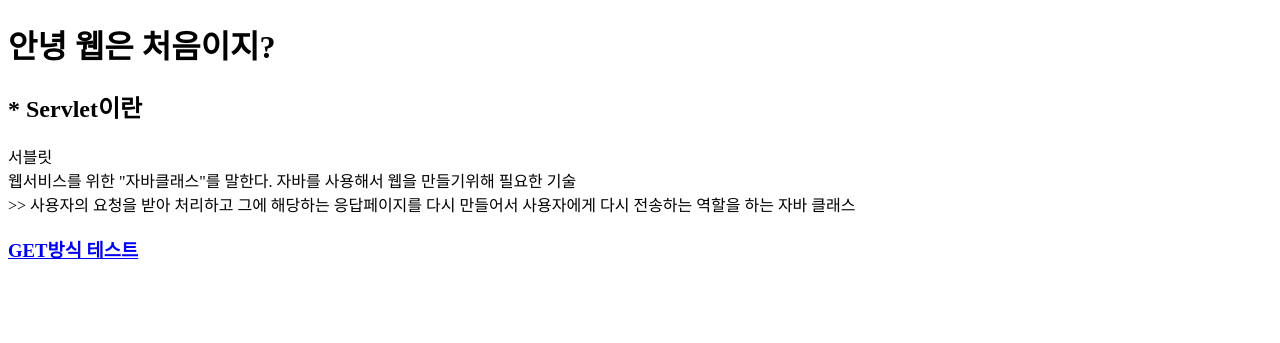
Repository: eru2/Study
Page: 06_servlet/servlet/src/main/webapp/index.html
An editor plug-in stored every save of this project. The page is shown before and after the next save, followed by the edit.
The browser window is 1280 px wide. The pictures show the whole page.

Above is the page before, as saved 2025-02-21 00:39:21.

### 06_servlet/servlet/src/main/webapp/index.html
<!DOCTYPE html>
<html lang="en">
<head>
    <meta charset="UTF-8">
    <meta name="viewport" content="width=device-width, initial-scale=1.0">
    <title>Document</title>
</head>
<body>
    <h1>안녕 웹은 처음이지?</h1>

    <h2>* Servlet이란</h2>

    <p>
        서블릿 <br>
        웹서비스를 위한 "자바클래스"를 말한다. 자바를 사용해서 웹을 만들기위해 필요한 기술 <br>
        >> 사용자의 요청을 받아 처리하고 그에 해당하는 응답페이지를 다시 만들어서 사용자에게 다시 전송하는 역할을 하는 자바 클래스  <br>
    </p>

    <!--
    절대경로/상대경로
    front 페이지에서 절대경로 -> /로 시작하는 경로이며 /는 ip:port경로이다.
    fromt 페이지에서 상대경로 -> /로 시작하지 않는 경로이며 시작위치는 현재 위치의 마지막 /이다.
      -->
    <h3><a href="views/request_get.html">GET방식 테스트</a></h3>
</body>
</html>

After the next save:
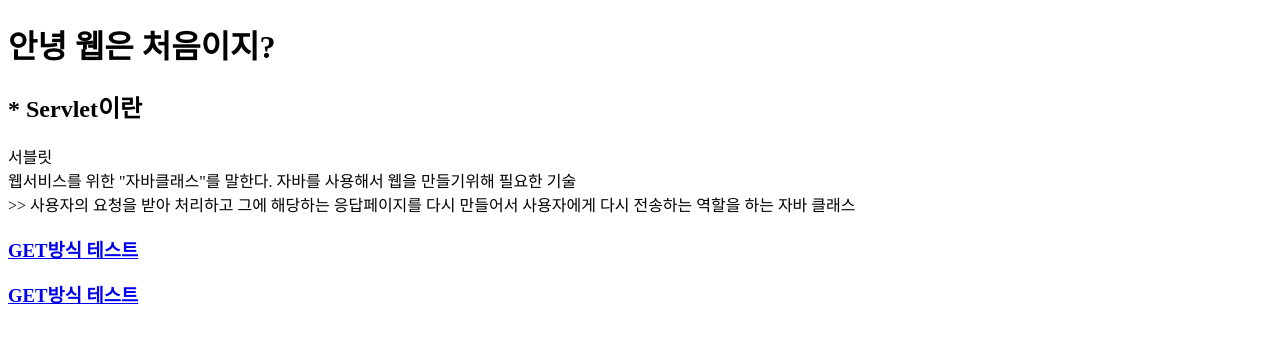
Saved 37 s later.
--- a/06_servlet/servlet/src/main/webapp/index.html
+++ b/06_servlet/servlet/src/main/webapp/index.html
@@ -22,5 +22,7 @@
     fromt 페이지에서 상대경로 -> /로 시작하지 않는 경로이며 시작위치는 현재 위치의 마지막 /이다.
       -->
     <h3><a href="views/request_get.html">GET방식 테스트</a></h3>
+    <h3><a href="views/request_post.html">GET방식 테스트</a></h3>
+
 </body>
 </html>
